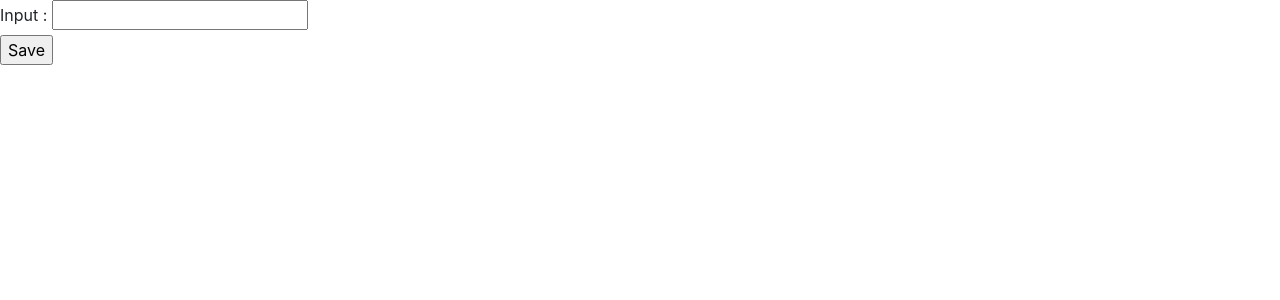
Repository: wtrabelssi/geolocalisation
Page: http://localhost/PfaGeo/view/index.jsp
These files come from the project's save history. The page is drawn as it stood at one moment and after the next save; the edit follows.
The browser window is 1280 px wide. The pictures show the whole page.
The page is served by Tomcat 9. Other server files are loaded and not shown.

Above is the page before, as saved 2023-05-05 20:57:16.

### PfaGeo/src/main/webapp/view/index.jsp
<%@ page language="java" contentType="text/html; charset=ISO-8859-1"
    pageEncoding="ISO-8859-1"%>
<!DOCTYPE html>
<html>
<head>
<meta charset="ISO-8859-1">
<link rel="stylesheet" href="https://maxcdn.bootstrapcdn.com/bootstrap/4.0.0/css/bootstrap.min.css">

<title>Insert title here</title>
</head>
<body>
<form action="/reclamations" method="POST" class="form-group">
		<label>Input : </label>

 		<input type="text" name ="baladia"><br>
 		<input type ="submit" value="Save">

 </form><br>
</body>
</html>

After the next save:
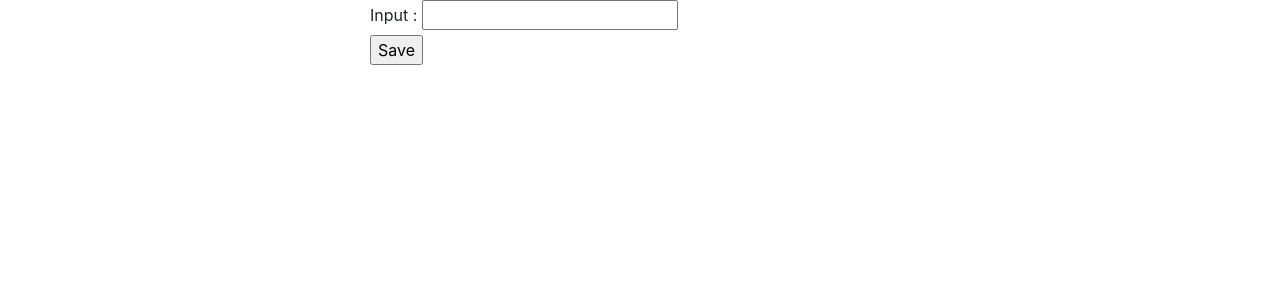
Saved 2 min 59 s later.
--- a/PfaGeo/src/main/webapp/view/index.jsp
+++ b/PfaGeo/src/main/webapp/view/index.jsp
@@ -9,12 +9,19 @@
 <title>Insert title here</title>
 </head>
 <body>
-<form action="/reclamations" method="POST" class="form-group">
+  <div class="container">
+    <div class="row justify-content-center">
+      <div class="col-md-6">
+        <form action="/reclamations" method="POST" class="form-group">
 		<label>Input : </label>
 
  		<input type="text" name ="baladia"><br>
  		<input type ="submit" value="Save">
 
  </form><br>
+      </div>
+    </div>
+  </div>
 </body>
+
 </html>
